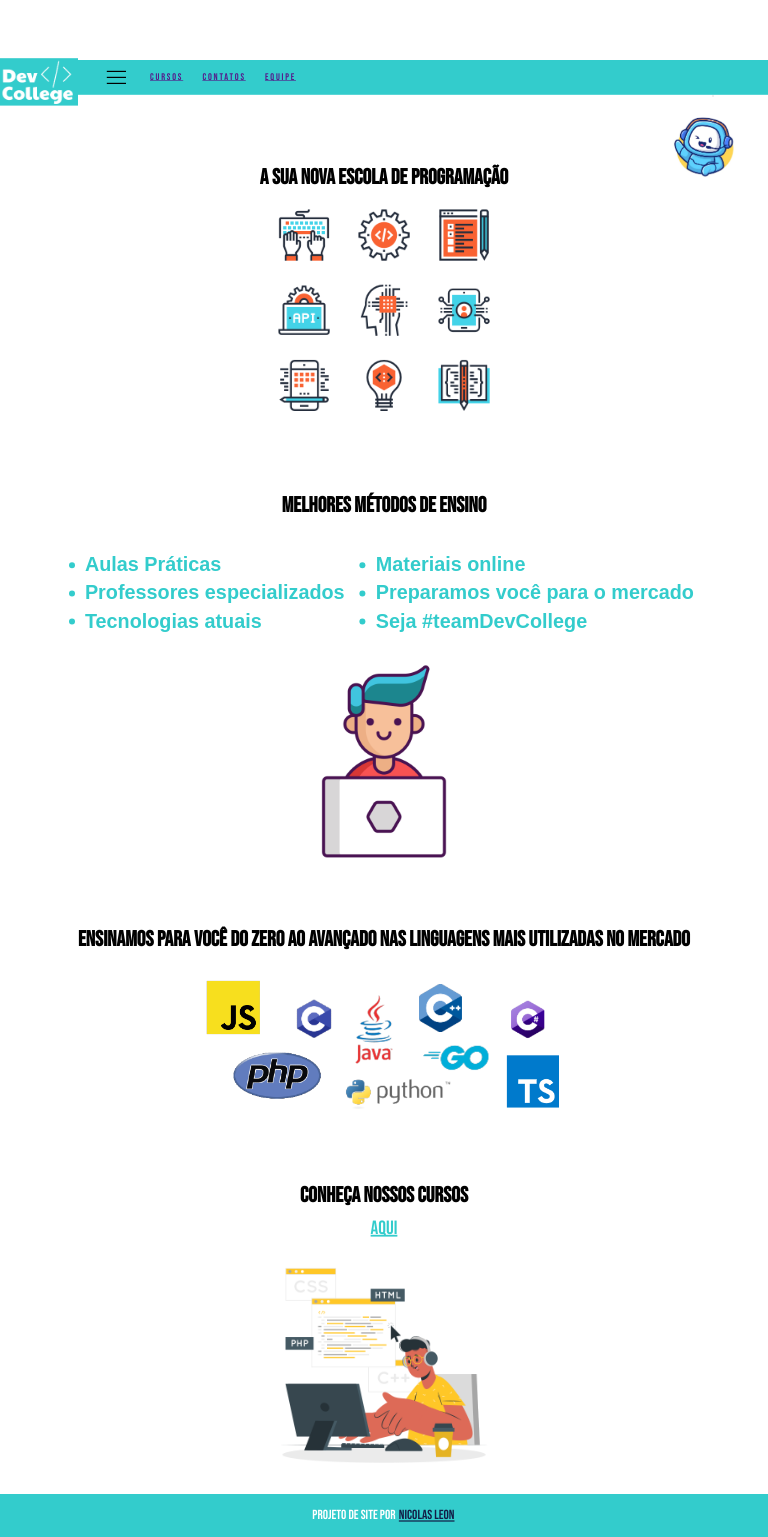
Repository: Leonngc/DEV-COLLEGE
Page: home.html
The author's editor kept a copy of each file at every save. The page is drawn from the files as they stood at one save, then again after a run of saves.
The browser window is 1280 px wide. The pictures show the whole page, at 60% of full size.
Some web fonts or font styles are not loaded; a fallback is used.

Above is the page before, as saved 2023-02-28 22:53:46.

### home.html
<!DOCTYPE html>
<html lang="pt-br">
<head>
    <meta charset="UTF-8">
    <meta http-equiv="X-UA-Compatible" content="IE=edge">
    <meta name="viewport" content="width=device-width, initial-scale=1.0">
    <link rel="shortcut icon" href="../logos/DEV COLLEGE (2).png" type="image/x-icon">

    <link rel="stylesheet" href="estilos/home.css">
    <link rel="stylesheet" href="estilos/desktop.css">
    <link rel="stylesheet" href="menu/menu.css">

    <link rel='stylesheet' href='https://cdn-uicons.flaticon.com/uicons-regular-rounded/css/uicons-regular-rounded.css'>
    <script src="menu/menu.js" defer></script>

    <title>Home</title>
</head>
<body>
    <header>

       <nav id="nav">
        <a href="/" class="logo"><img src="logos/2.png" alt="" id="logo"></a>
               <div class="menu-burguer">
                <div class="line1"></div>
                <div class="line2"></div>
                <div class="line3"></div>
               </div>

                    <ul class="menu-mobile">
                        <li class="nav-link"><a href="">Cursos</a></li>
                        <li class="nav-link"><a href="">Contatos</a></li>
                        <li class="nav-link"><a href="">Equipe</a></li>
                    </ul>
           </nav>

            </div>


    </header>

    <main>
        <div id="chatbot-container">
            <button id="call-chatbot"><img src="images/robot.png" alt="Chatbot" id="robot-img" title="Converse com o DevEase, nosso querido chatbot"></button>
        </div>
        <section>
            <h2>A sua nova escola de programação</h2>
            <img src="images/linguagens.png" alt="" id="tec-img">
        </section>

        <section>
            <h2>Melhores métodos de ensino</h2>

            <div id="skills-container">
                <ul class="skills-course">
                    <li>Aulas Práticas</li>
                    <li>Professores especializados</li>
                    <li>Tecnologias atuais</li>
                </ul>
                <ul class="skills-course">
                    <li>Materiais online</li>
                    <li>Preparamos você para o mercado</li>
                    <li>Seja #teamDevCollege</li>
                </ul>
            </div>
            <div>
                <img src="images/dev.png" alt="" id="dev-img">
            </div>
        </section>

        <section>
            <h2>Ensinamos para você do zero ao avançado nas linguagens mais utilizadas no mercado</h2>

            <div>
                <img src="images/Linguagens-de-programacao-1.png" alt="" id="ling-img">
            </div>
        </section>

        <section>
            <h2>Conheça nossos cursos</h2>
            <a href="" id="nav-course">Aqui</a>
            <div>
                <img src="images/programmer-cuate-3920.webp" alt="" id="programmer-img">
            </div>
        </section>
    </main>


    <footer>
        <p>Projeto de site por <a href="">Nicolas Leon</a></p>
    </footer>
</body>
</html>

### estilos/home.css
@import url("https://fonts.googleapis.com/css2?family=Paytone+One&display=swap");

@font-face {
  font-family: Bebas Neue;
  src: url(../fonts/BebasNeue-Regular.ttf);
}

:root {
  --paytone: "Paytone One", sans-serif;
  --dark-violet: #121d46;
  --pink: #ec518f;
}




* {
  padding: 0;
  margin: 0;
  box-sizing: border-box;
}

body{
  overflow-x: hidden;
  max-width: 100vw;
}

#logo{
  width: 10px;
}

header{
  background-color: var(--cyan);
  max-width: 100vw;
}

#logo-container{
text-align: center;
}

#logo{
width: 170px;
}


section > h2{
  font-family: Bebas Neue, cursive;
  font-size: 28px;
  padding: 12px;
}

section{
  margin-top: 100px;
  text-align: center;
  width: 100%;
}

#tec-img{
  width: 300px;
}

#nav-course{
  font-family: Bebas Neue;
  font-size: 32px;
  color: var(--cyan);
}

footer{
  text-align: center;
  background-color: var(--cyan);
  padding: 22px;
  color: white;
  font-family: Bebas Neue;
  font-size: 22px;
  max-width: 100vw;
}

footer > p > a{
  padding: 2px;
  color: #121d46;
}



#skills-container{
  margin-left: 18px;
  padding: 20px;
}


.skills-course > li{
  text-align: left;
  font-size: 1.1em;
  font-family: var(--paytone);
  font-weight: bold;
  color: var(--cyan);
  margin-bottom: 9px;
}

#dev-img{
  width: 180px;
}

#ling-img{
  margin-top: 25px;
  width: 350px;
}

#chatbot-container{
  display: flex;
  flex-direction: row-reverse;
  margin-right: 90px;
}

#robot-img{
  width: 100px;
  position: fixed;
}

#programmer-img{
  width: 400px;
}

@media screen and (min-width: 800px){
  p{
    text-align: center;
  }

#skills-container{
  align-items: center;
  justify-content: center;
}

h2{
  font-size: 40px;
}
}

### estilos/desktop.css
@media screen and (min-width: 750px){
    p{
      text-align: center;
    }

  #skills-container{
    align-items: center;
    justify-content: center;
  }

  section > h2{
    font-size: 36px;
  }
 #skills-container{
  display: flex;
 }

 .skills-course{
  margin: 26px;
  font-size: 30px;
 }

 #tec-img{
  width: 400px;
 }

 #dev-img{
  width: 320px;
 }

 #ling-img{
  width: 620px;
 }

 #programmer-img{
  width: 420px;
 }

 #robot-img{
  width: 170px;
  position: fixed;
  display: flex;
  float: left;

}
  }

### menu/menu.css
@import url("https://fonts.googleapis.com/css2?family=Paytone+One&display=swap");

@font-face {
  font-family: Bebas Neue;
  src: url(../fonts/BebasNeue-Regular.ttf);
}


:root {
  --paytone: "Paytone One", sans-serif;
  --dark-violet: #121d46;
  --pink: #ec518f;
  --cyan:#33CCCC;
}

*{
    padding: 0;
    margin: 0;
    box-sizing: border-box;
}

header{
    background-color: var(--cyan);
    max-width: 100vw;

}

#logo{
  width: 10px;
}


.logo-container{
text-align: center;
}

.logo{
width: 170px;
}


#logo-container{
  text-align: center;
}

#logo{
  margin-top: 20px;
  width: 130px;
}

#nav{
 display: flex;
 justify-content: baseline;
 align-items: center;
 margin-top: 100px;
 font-family: Bebas Neue, cursive;
 background-color: var(--cyan);
 height: 8vh;
}

.menu-mobile{
  list-style: none;
  display: flex;
}

.menu-mobile li{
  letter-spacing: 3px;
  margin-left: 32px;
}

.menu-burguer{
  cursor: pointer;

}

.menu-burguer div{
  width: 32px;
  height: 2px;
  background-color: black;
  margin: 8px;
  transition: 0.3s;
}

button > #robot-img{
    left: 85vw;
  }

  #call-chatbot :hover{
    cursor: pointer;

}
@media screen and (max-width: 999px) {
  .menu-mobile{
    position: absolute;
    top: 8vh;
    right: 0;
    width: 50vw;
    height: 92vh;
    background-color: black;
    flex-direction: column;
    align-items: center;
    justify-content: space-around;
    transform: translateX(100%);
    transition: transform 0.3s ease-in;
  }

  .menu-mobile li{
    margin-left: 0;
    opacity: 0;
  }

  .menu-burguer{
    display: block;
  }
}

Loaded but not shown: menu/menu.js (empty)

After the next 2 saves:
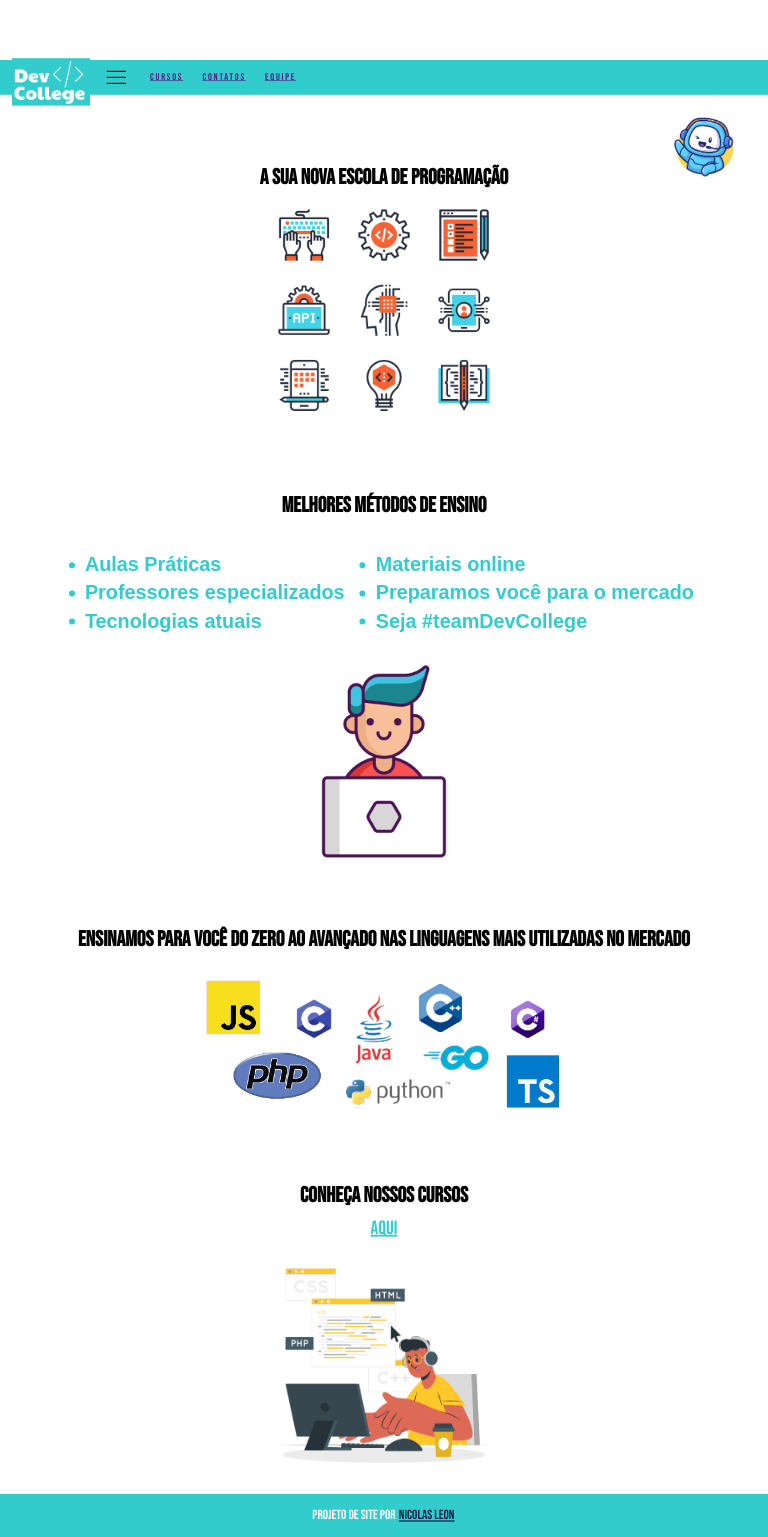
The 2 saves are shown as one change because they came seconds apart.
The last was saved 7 s later.
--- a/menu/menu.css
+++ b/menu/menu.css
@@ -25,12 +25,12 @@
 
 }
 
-#logo{
+.logo{
   width: 10px;
 }
 
 
-.logo-container{
+.logo{
 text-align: center;
 }
 
